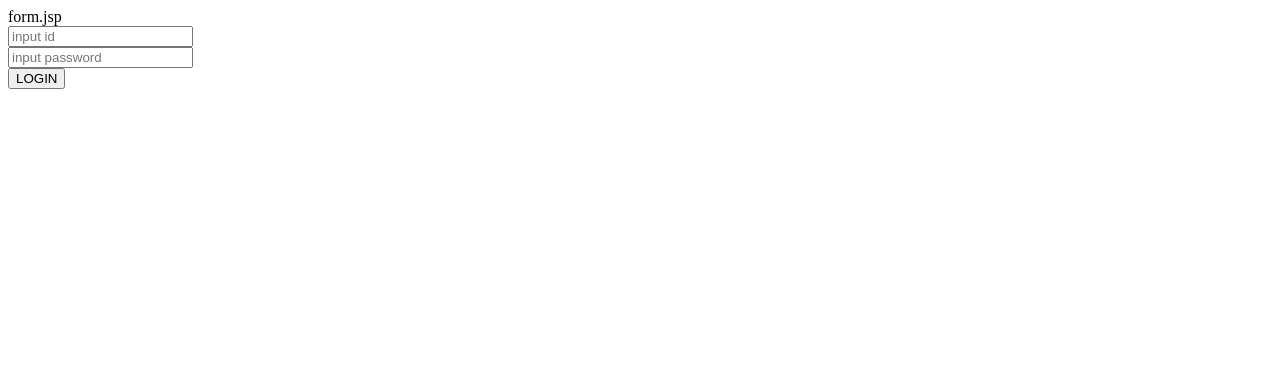
Repository: hangilyon/allJSPStudy
Page: http://localhost/jsp01/get_post/form.jsp
An editor plug-in stored every save of this project. The page is shown before and after the next save, followed by the edit.
The browser window is 1280 px wide. The pictures show the whole page.
The page is served by Tomcat 9.

Above is the page before, as saved 2021-10-19 10:40:47.

### jsp01/src/main/webapp/get_post/form.jsp
<%@ page language="java" contentType="text/html; charset=UTF-8"
    pageEncoding="UTF-8"%>
<!DOCTYPE html>
<html>
<head>
<meta charset="UTF-8">
<title>form</title>
</head>
<body>form.jsp<br>
<!--
action="http://localhost:8085/jsp01/get_post/getMethod.jsp"
action="/jsp01/get_post/getMethod.jsp" 절대경로

 -->
	<form action="getMethod.jsp">
		<input type="text" name="id" placeholder="input id"><br>
		<input type="password" name="pwd" placeholder="input password"><br>
		<input type="submit" value="LOGIN">
	</form>
</body>
</html>

After the next save:
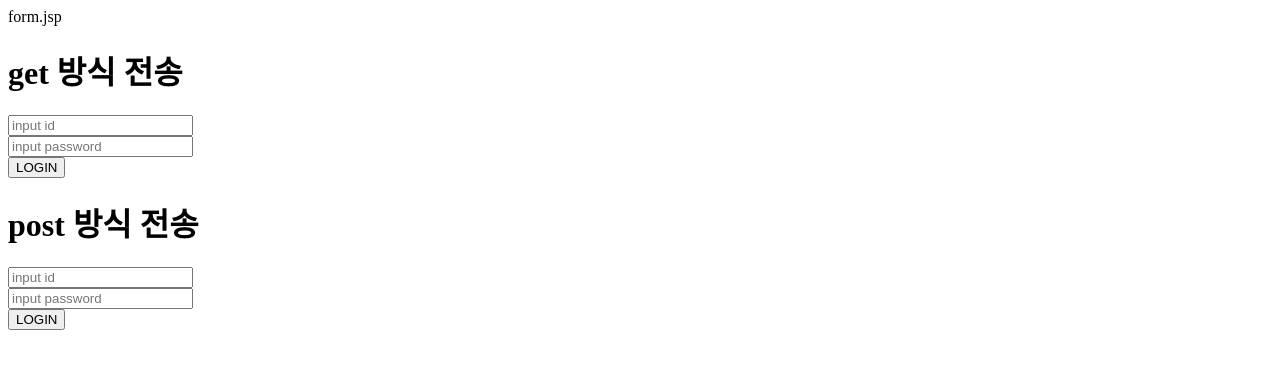
Saved 5 min 32 s later.
--- a/jsp01/src/main/webapp/get_post/form.jsp
+++ b/jsp01/src/main/webapp/get_post/form.jsp
@@ -10,9 +10,15 @@
 <!--
 action="http://localhost:8085/jsp01/get_post/getMethod.jsp"
 action="/jsp01/get_post/getMethod.jsp" 절대경로
-
  -->
-	<form action="getMethod.jsp">
+ <h1>get 방식 전송</h1>
+	<form action="getMethod.jsp" method="get">
+		<input type="text" name="id" placeholder="input id"><br>
+		<input type="password" name="pwd" placeholder="input password"><br>
+		<input type="submit" value="LOGIN">
+	</form>
+ <h1>post 방식 전송</h1>
+	<form action="getMethod.jsp" method="post">
 		<input type="text" name="id" placeholder="input id"><br>
 		<input type="password" name="pwd" placeholder="input password"><br>
 		<input type="submit" value="LOGIN">
